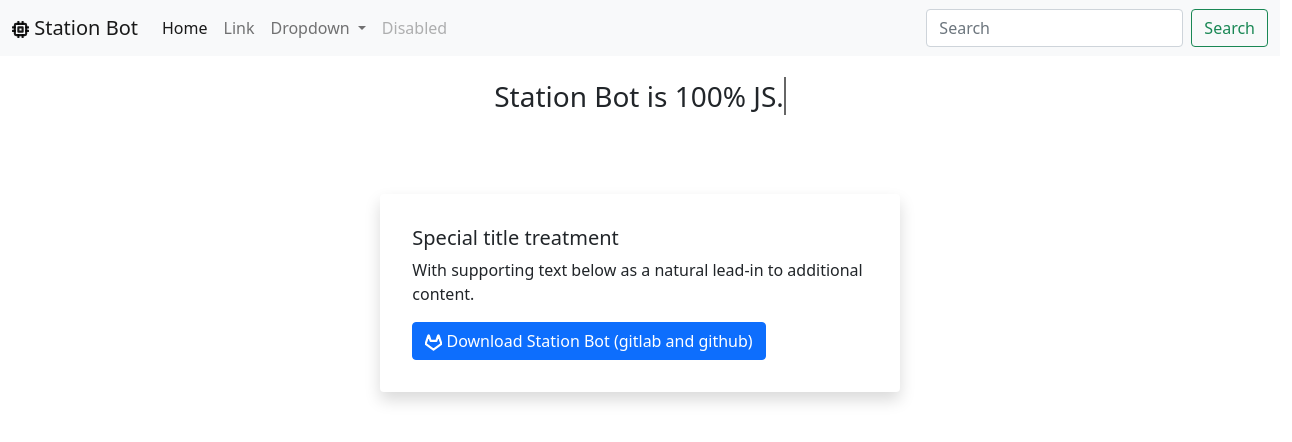
Repository: Valenplayer3000/StationBot-Web
Page: index.html
An editor plug-in stored every save of this project. The page is shown before and after the next save, followed by the edit.
The browser window is 1280 px wide. The page is 1292 px wide, so the pictures cover 1292 px, including what lies to the right of the window. The pictures show the whole page.
Some web libraries are served in a nearby version.

Above is the page before, as saved 2021-11-02 09:04:18.

### index.html
<!DOCTYPE html>
<head>
    <!-- Required meta tags -->
    <meta charset="utf-8">
    <meta name="viewport" content="width=device-width, initial-scale=1">

    <!-- Bootstrap CSS and JS -->
    <script src="https://cdn.jsdelivr.net/npm/bootstrap@5.1.3/dist/js/bootstrap.bundle.min.js" integrity="sha384-ka7Sk0Gln4gmtz2MlQnikT1wXgYsOg+OMhuP+IlRH9sENBO0LRn5q+8nbTov4+1p" crossorigin="anonymous"></script>
    <link href="https://cdn.jsdelivr.net/npm/bootstrap@5.1.3/dist/css/bootstrap.min.css" rel="stylesheet" integrity="sha384-1BmE4kWBq78iYhFldvKuhfTAU6auU8tT94WrHftjDbrCEXSU1oBoqyl2QvZ6jIW3" crossorigin="anonymous">

    <!-- Font Awesome (Icons) -->
    <script src="https://kit.fontawesome.com/e5254c2b1e.js" crossorigin="anonymous"></script>

    <!-- Feather Icons -->
    <script src="https://unpkg.com/feather-icons"></script>
    <!-- Site's Titles -->
    <title>Station Bot</title>
</head>
<html lang="en">
  <nav class="navbar navbar-expand-lg navbar-light bg-light">
    <div class="container-fluid">
      <a class="navbar-brand" href="#"><i data-feather="cpu"></i> Station Bot</a>
      <button class="navbar-toggler" type="button" data-bs-toggle="collapse" data-bs-target="#navbarSupportedContent" aria-controls="navbarSupportedContent" aria-expanded="false" aria-label="Toggle navigation">
        <span class="navbar-toggler-icon"></span>
      </button>
      <div class="collapse navbar-collapse" id="navbarSupportedContent">
        <ul class="navbar-nav me-auto mb-2 mb-lg-0">
          <li class="nav-item">
            <a class="nav-link active" aria-current="page" href="#">Home</a>
          </li>
          <li class="nav-item">
            <a class="nav-link" href="#">Link</a>
          </li>
          <li class="nav-item dropdown">
            <a class="nav-link dropdown-toggle" href="#" id="navbarDropdown" role="button" data-bs-toggle="dropdown" aria-expanded="false">
              Dropdown
            </a>
            <ul class="dropdown-menu" aria-labelledby="navbarDropdown">
              <li><a class="dropdown-item" href="#">Action</a></li>
              <li><a class="dropdown-item" href="#">Another action</a></li>
              <li><hr class="dropdown-divider"></li>
              <li><a class="dropdown-item" href="#">Something else here</a></li>
            </ul>
          </li>
          <li class="nav-item">
            <a class="nav-link disabled">Disabled</a>
          </li>
        </ul>
        <form class="d-flex">
          <input class="form-control me-2" type="search" placeholder="Search" aria-label="Search">
          <button class="btn btn-outline-success" type="submit">Search</button>
        </form>
      </div>
    </div>
  </nav>
  <br>
  <h3 class="header">Station Bot is
    <span class="txt-rotate" data-period="2000"data-rotate='[ "easy to use.", "simple.", "100% JS.", "100% customizable."]'></span>
  </h3>
  <br>
  <br>
  <br>
    <div class="row">
        <div class="col-sm-5 center">
          <div class="shadow p-3 mb-5 bg-body rounded">
            <div class="card-body">
              <h5 class="card-title">Special title treatment</h5>
              <p class="card-text">With supporting text below as a natural lead-in to additional content.</p>
              <!-- Button trigger modal -->
                <button type="button" class="btn btn-primary" data-bs-toggle="modal" data-bs-target="#exampleModal"> <i data-feather="gitlab"></i>  Download Station Bot (gitlab and github)
                </button>

                <!-- Modal -->
                <div class="modal fade" id="exampleModal" tabindex="-1" aria-labelledby="exampleModalLabel" aria-hidden="true">
                  <div class="modal-dialog">
                    <div class="modal-content">
                      <div class="modal-header">
                        <h5 class="modal-title" id="exampleModalLabel">Modal title</h5>
                        <button type="button" class="btn-close" data-bs-dismiss="modal" aria-label="Close"></button>
                      </div>
                      <div class="modal-body">
                        Remember. This repo it only for developer. You many need to make a your own bot using Station Bot.
                        Its unstable right now.
                        Use at your own risk
                      </div>
                      <div class="modal-footer">
                        <button type="button" class="btn btn-danger"><i data-feather="download"></i> Take me to Download!</button>
                        <button type="button" class="btn btn-secondary" data-bs-dismiss="modal">Close</button>
                      </div>
                    </div>
                  </div>
                </div>
            </div>
          </div>
        </div>
      </div>
      <br>
</html>
<style>
  .feather {
  width: 17px;
  height: 17px;
  stroke: currentColor;
  stroke-width: 3;
  stroke-linecap: round;
  stroke-linejoin: round;
  fill: none;
}
.header{
  text-align: center;
}
.center{
  margin: 0 auto;
}
</style>
<script>
  feather.replace()
</script>
<script>
  var TxtRotate = function(el, toRotate, period) {
  this.toRotate = toRotate;
  this.el = el;
  this.loopNum = 1;
  this.period = parseInt(period, 10) || 1000;
  this.txt = '';
  this.tick();
  this.isDeleting = false;
};

TxtRotate.prototype.tick = function() {
  var i = this.loopNum % this.toRotate.length;
  var fullTxt = this.toRotate[i];

  if (this.isDeleting) {
    this.txt = fullTxt.substring(0, this.txt.length - 1);
  } else {
    this.txt = fullTxt.substring(0, this.txt.length + 1);
  }

  this.el.innerHTML = '<span class="wrap">'+this.txt+'</span>';

  var that = this;
  var delta = 200 - Math.random() * 100;

  if (this.isDeleting) { delta /= 2; }

  if (!this.isDeleting && this.txt === fullTxt) {
    delta = this.period;
    this.isDeleting = true;
  } else if (this.isDeleting && this.txt === '') {
    this.isDeleting = false;
    this.loopNum++;
    delta = 500;
  }

  setTimeout(function() {
    that.tick();
  }, delta);
};

window.onload = function() {
  var elements = document.getElementsByClassName('txt-rotate');
  for (var i=0; i<elements.length; i++) {
    var toRotate = elements[i].getAttribute('data-rotate');
    var period = elements[i].getAttribute('data-period');
    if (toRotate) {
      new TxtRotate(elements[i], JSON.parse(toRotate), period);
    }
  }
  // INJECT CSS
  var css = document.createElement("style");
  css.type = "text/css";
  css.innerHTML = ".txt-rotate > .wrap { border-right: 0.09em solid #666 }";
  document.body.appendChild(css);
};
</script>
<style>
@import url('https://fonts.googleapis.com/css2?family=Inter:wght@100;200;300;400;500;600;700;800;900&display=swap');
.tpyewirter {
text-align: center;
  font-family: 'Inter';
}
.button-center{
  display: flex;
  margin: auto;
}
</style>

After the next save:
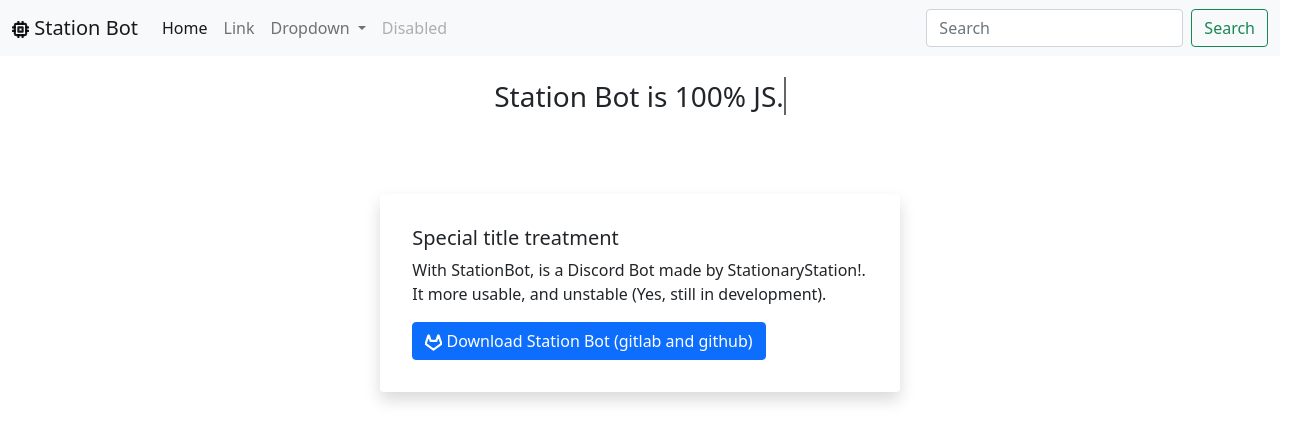
Saved 3 min 51 s later.
--- a/index.html
+++ b/index.html
@@ -65,7 +65,7 @@
           <div class="shadow p-3 mb-5 bg-body rounded">
             <div class="card-body">
               <h5 class="card-title">Special title treatment</h5>
-              <p class="card-text">With supporting text below as a natural lead-in to additional content.</p>
+              <p class="card-text">With StationBot, is a Discord Bot made by StationaryStation!. It more usable, and unstable (Yes, still in development).</p>
               <!-- Button trigger modal -->
                 <button type="button" class="btn btn-primary" data-bs-toggle="modal" data-bs-target="#exampleModal"> <i data-feather="gitlab"></i>  Download Station Bot (gitlab and github)
                 </button>
